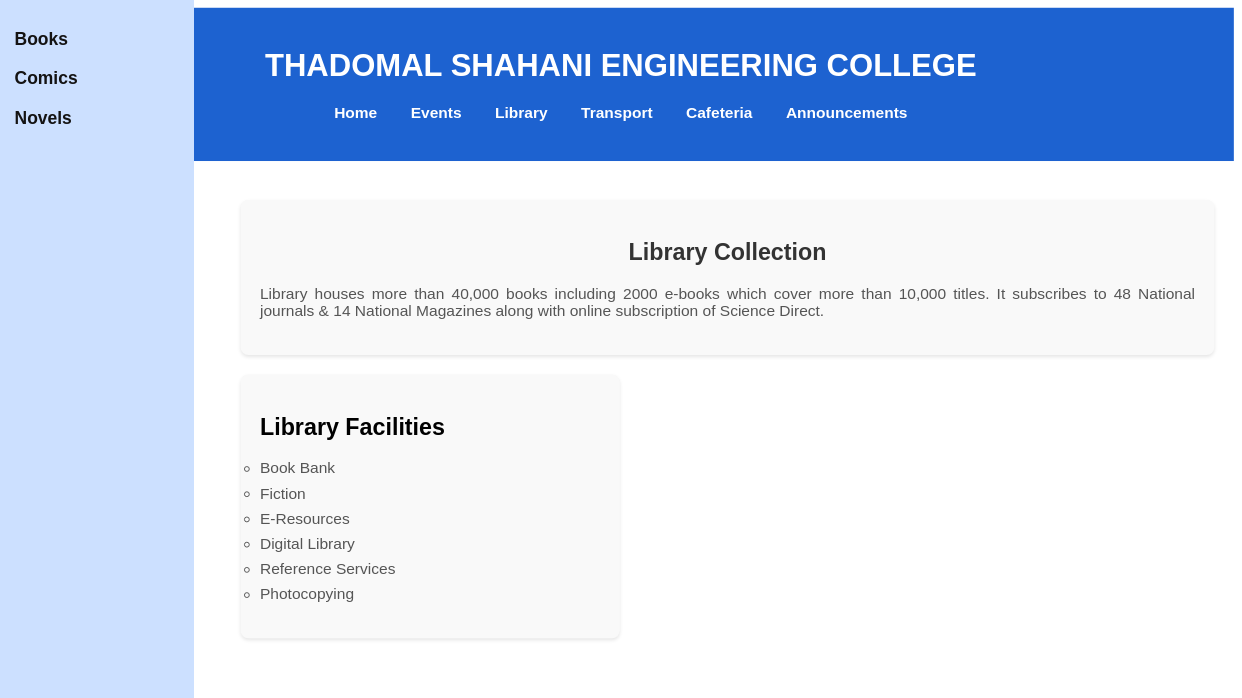
Repository: TejasS1233/MINITHON-hackathon-project
Page: Rishit.html
The author's editor kept a copy of each file at every save. The page is drawn from the files as they stood at one save, then again after the next save.
The browser window is 1280 px wide. The pictures show the whole page, at 97% of full size.

Above is the page before, as saved 2024-09-20 14:22:25.

### Rishit.html
<!DOCTYPE html>
<html lang="en">
<head>
    <meta charset="UTF-8">
    <meta name="viewport" content="width=device-width, initial-scale=1.0">
    <title>E-Library</title>
    <style>
        h1
        {
            text-align: center;
        }
        header {
            background-color: #1d62d0;
            color: white;
            padding: 20px;
            text-align: center;
        }

        nav {
            margin: 20px 0;
        }

        nav a {
            margin: 0 15px;
            color: #ffffff;
            font-weight: bold;
            text-decoration: none;
        }
        .sidebar {
            height: 100%;
            width: 200px;
            position: fixed;
            top: 0;
            left: 0;
            background-color: #cce0ff;
            padding-top: 20px;
        }

        .sidebar a {
            padding: 10px 15px;
            text-decoration: none;
            font-size: 18px;
            color: #141313;
            display: block;
            font-weight: bold;
        }

        .sidebar a:hover {
            background-color: #306899;
        }

        .content {
            margin-left: 220px;
            padding: 20px;
        }

        h1.centered {
            text-align: center;
        }

        .info-container {
            background-color: #f9f9f9;
            padding: 20px;
            border-radius: 8px;
            box-shadow: 0 2px 4px rgba(0, 0, 0, 0.1);
            margin-top: 20px;
        }

        .info-container h2 {
            text-align: center;
            color: #333;
        }

        .info-container p {
            text-align: justify;
            color: #555;
        }

        .facilities-container {
            background-color: #f9f9f9;
            padding: 20px;
            border-radius: 8px;
            box-shadow: 0 2px 4px rgba(0, 0, 0, 0.1);
            margin-top: 20px;
            width: 35%;
        }

        .facilities-container ul {
            list-style-type: none;
            padding: 0;
            color: #555;
        }

        .facilities-container li {
            margin: 8px 0;
            text-align: left;
        }
        :root
        {
            font-family: Arial, Helvetica, sans-serif;
        }
    </style>
</head>
<body>
    <header>
        <h1>THADOMAL SHAHANI ENGINEERING COLLEGE</h1>
        <nav>
            <a href="Home.html">Home</a>
            <a href="Event.html">Events</a>
            <a href="Rishit.html">Library</a>
            <a href="bustracking.html">Transport</a>
            <a href="cafe.html">Cafeteria</a>
            <a href="annoucementpage.html">Announcements</a>
        </nav>
    </header>

    <!-- Sidebar -->
    <div class="sidebar">
        <a href="book.html">Books</a>
        <a href="comics.html">Comics</a>
        <a href="novels.html">Novels</a>
    </div>

    <!-- Main content -->
    <div class="content">

        <!-- Info Container -->
        <div class="info-container">
            <h2>Library Collection</h2>
            <p>Library houses more than 40,000 books including 2000 e-books which cover more than 10,000 titles. It subscribes to 48 National journals & 14 National Magazines along with online subscription of Science Direct.</p>
        </div>

        <!-- Facilities Container -->
        <div class="facilities-container">
            <h2>Library Facilities</h2>
            <ul style="list-style: circle;">
                <li>Book Bank</li>
                <li>Fiction</li>
                <li>E-Resources</li>
                <li>Digital Library</li>
                <li>Reference Services</li>
                <li>Photocopying</li>
            </ul>
        </div>
    </div>
</body>
</html>

After the next save:
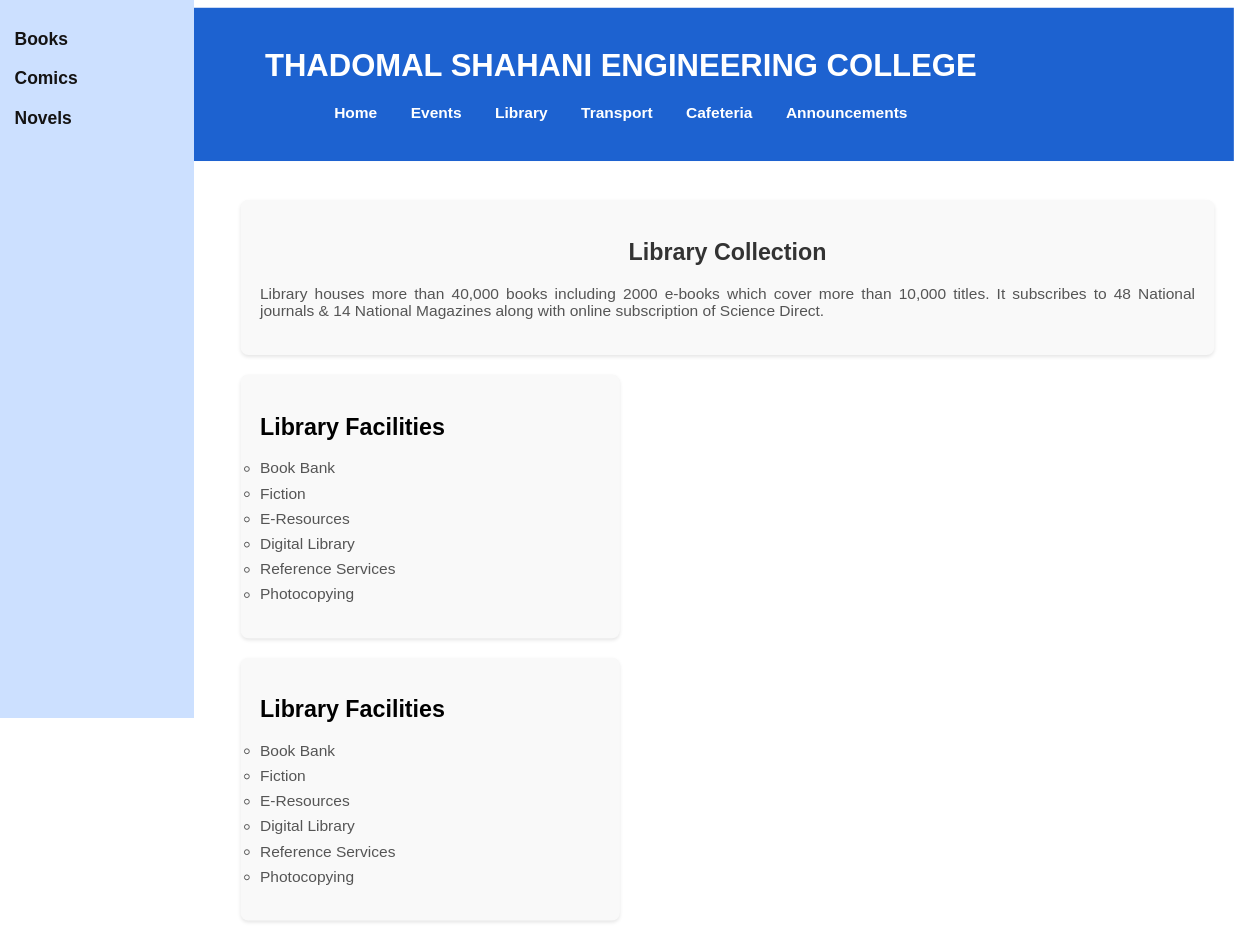
Saved 13 s later.
--- a/Rishit.html
+++ b/Rishit.html
@@ -142,6 +142,17 @@
                 <li>Photocopying</li>
             </ul>
         </div>
+        <div class="facilities-container">
+            <h2>Library Facilities</h2>
+            <ul style="list-style: circle;">
+                <li>Book Bank</li>
+                <li>Fiction</li>
+                <li>E-Resources</li>
+                <li>Digital Library</li>
+                <li>Reference Services</li>
+                <li>Photocopying</li>
+            </ul>
+        </div>
     </div>
 </body>
 </html>
